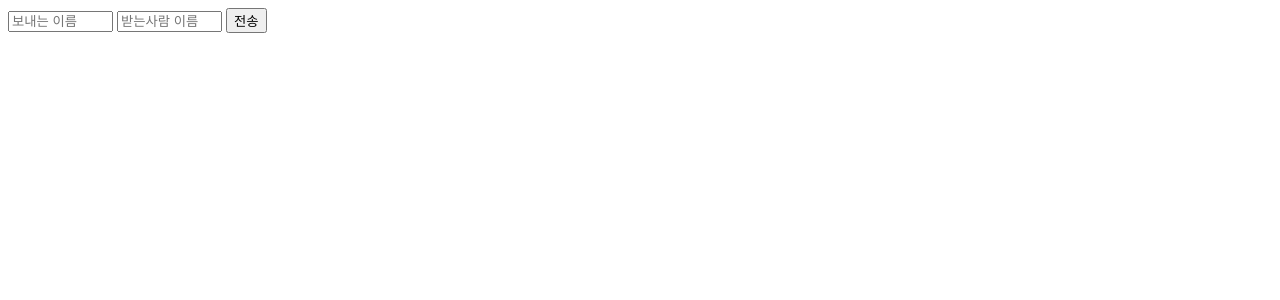
Repository: nemo0824/etc-practice
Page: http://localhost/WebSocketProject/
These files come from the project's save history. The page is drawn as it stood at one moment and after the next save; the edit follows.
The browser window is 1280 px wide. The pictures show the whole page.
The page is served by Tomcat 9. Other server files are loaded and not shown.

Above is the page before, as saved 2023-03-07 04:39:19.

### WebSocketProject/WebContent/index.jsp
<%@ page language="java" contentType="text/html; charset=EUC-KR"
    pageEncoding="EUC-KR"%>
<!DOCTYPE html>
<html>
<head>
<meta charset="EUC-KR">
<title>Insert title here</title>
<script src="https://ajax.googleapis.com/ajax/libs/jquery/3.5.1/jquery.min.js"></script>
</head>
<body>

<input type="text" id="sender" size="10" placeholder="보내는 이름">
<input type="text" id="receiver" size="10" placeholder="받는사람 이름"?
<input type="text" id="msg" placeholder="전송할 메시지 입력">
<button onclick="sendMsg();">전송</button>

<div id="msgContainer">
</div>





</body>
</html>

After the next save:
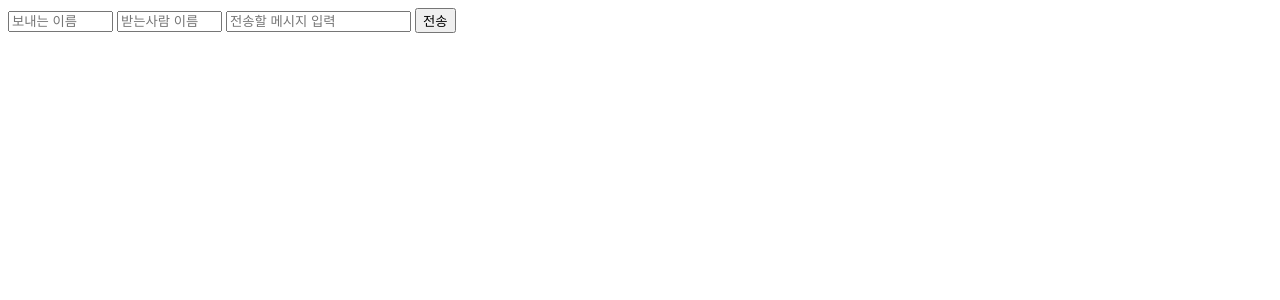
Saved 9 s later.
--- a/WebSocketProject/WebContent/index.jsp
+++ b/WebSocketProject/WebContent/index.jsp
@@ -10,7 +10,7 @@
 <body>
 
 <input type="text" id="sender" size="10" placeholder="보내는 이름">
-<input type="text" id="receiver" size="10" placeholder="받는사람 이름"?
+<input type="text" id="receiver" size="10" placeholder="받는사람 이름">
 <input type="text" id="msg" placeholder="전송할 메시지 입력">
 <button onclick="sendMsg();">전송</button>
 
